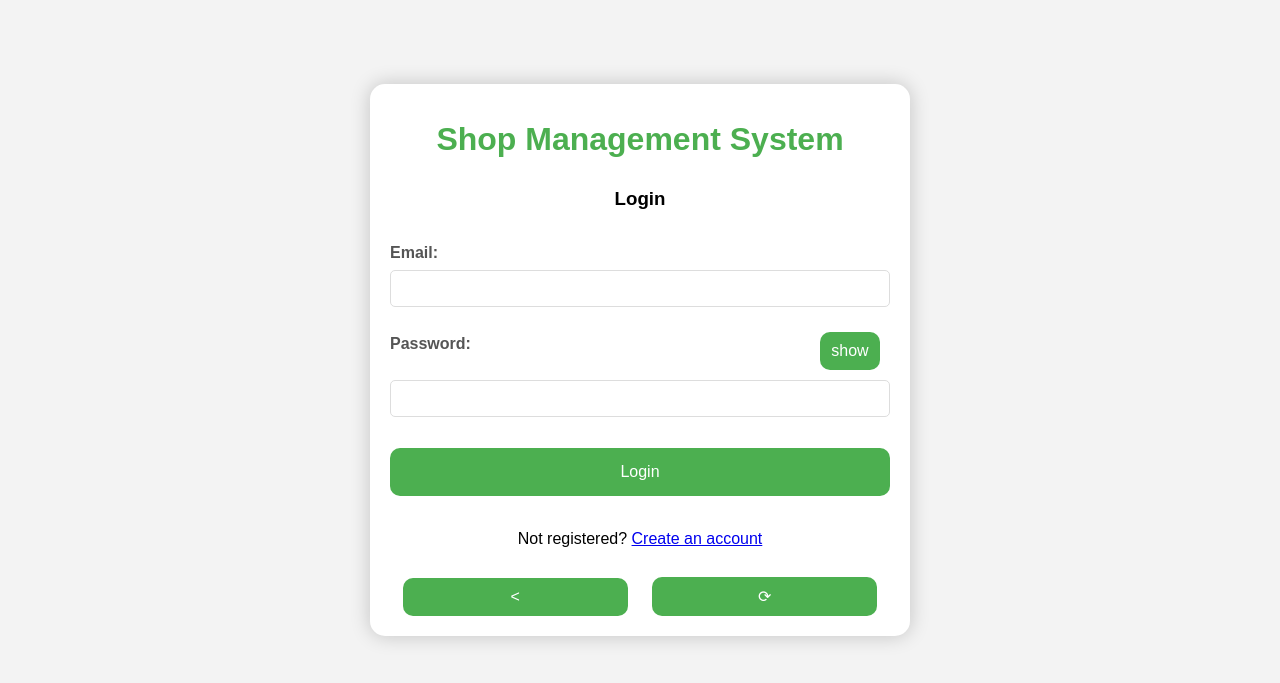
Repository: shamchiwade/GroceryNow
Page: http://localhost/ShopManagement/login.jsp
The author's editor kept a copy of each file at every save. The page is drawn from the files as they stood at one save, then again after the next save.
The browser window is 1280 px wide. The pictures show the whole page.
The page is served by Tomcat 10. Nobody is signed in. The application's start-up code is not run. Other server files are loaded and not shown.

Above is the page before, as saved 2024-10-09 22:57:58.

### ShopManagement/src/main/webapp/login.jsp
<html>
<head>
<title>Shop Management System - Login</title>
<style type="text/css">
@charset "UTF-8";

body {
	display: flex;
	align-items: center;
	justify-content: center;
	font-family: sans-serif;
	line-height: 1.5;
	min-height: 100vh;
	background: #f3f3f3;
	flex-direction: column;
	margin: 0;
}

.main {
	background-color: #fff;
	border-radius: 15px;
	box-shadow: 0 0 20px rgba(0, 0, 0, 0.2);
	padding: 10px 20px;
	transition: transform 0.2s;
	width: 500px;
	text-align: center;
}

h1 {
	color: #4CAF50;
	text-align: center;
}

label {
	display: block;
	width: 80%;
	margin-top: 10px;
	margin-bottom: 5px;
	text-align: left;
	color: #555;
	font-weight: bold;
	float: left;
}

input {
	display: block;
	width: 100%;
	margin-bottom: 15px;
	padding: 10px;
	box-sizing: border-box;
	border: 1px solid #ddd;
	border-radius: 5px;
}

button {
	padding: 15px;
	border-radius: 10px;
	margin-top: 15px;
	margin-bottom: 15px;
	border: none;
	color: white;
	cursor: pointer;
	background-color: #4CAF50;
	width: 100%;
	font-size: 16px;
}

.wrap {
	display: flex;
	justify-content: center;
	align-items: center;
}

.options {
	display: flex;
	justify-content: space-between;
	margin-top: 20px;
}

.btn {
	padding: 10px 20px;
	border-radius: 10px;
	border: none;
	color: white;
	cursor: pointer;
	background-color: #4CAF50;
	width: 45%;
	font-size: 16px;
	margin: 10px;
}

.btn:hover {
	background-color: #3e8e41;
}

.pass {
	width: 60px;
	text-align: center;
	padding: 10px;
	margin: 10px;
	float: right;
}
</style>
</head>
<body>
	<div class="main">
		<h1>Shop Management System</h1>
		<h3>Login</h3>
		<form action="login" method="post">
			<label for="email">Email:</label> <input type="email" id="email"
				name="em" required> <label for="password">Password:</label>
			<button class="pass" id="pass1"
				onclick="showPass('password','pass1')" type="button">show</button>
			<input type="password" id="password" name="ps" required>
			<p style="color: red;">${error}</p>
			<button type="submit">Login</button>
		</form>
		<p>
			Not registered? <a href="register.jsp">Create an account</a>
		</p>
		<button class="btn" onclick="location.href='index.jsp'"><%="<"%></button>
		<button class="btn" onclick="location.href='login.jsp'">&#10227;</button>
	</div>

	<script type="text/javascript">
		function showPass(id1, id2) {
			var x = document.getElementById(id1);
			if (x.type === "password") {
				x.type = "text";
				document.getElementById(id2).innerHTML = 'hide';
			} else {
				x.type = "password";
				document.getElementById(id2).innerHTML = 'show';
			}
		}
	</script>
</body>
</html>

After the next save:
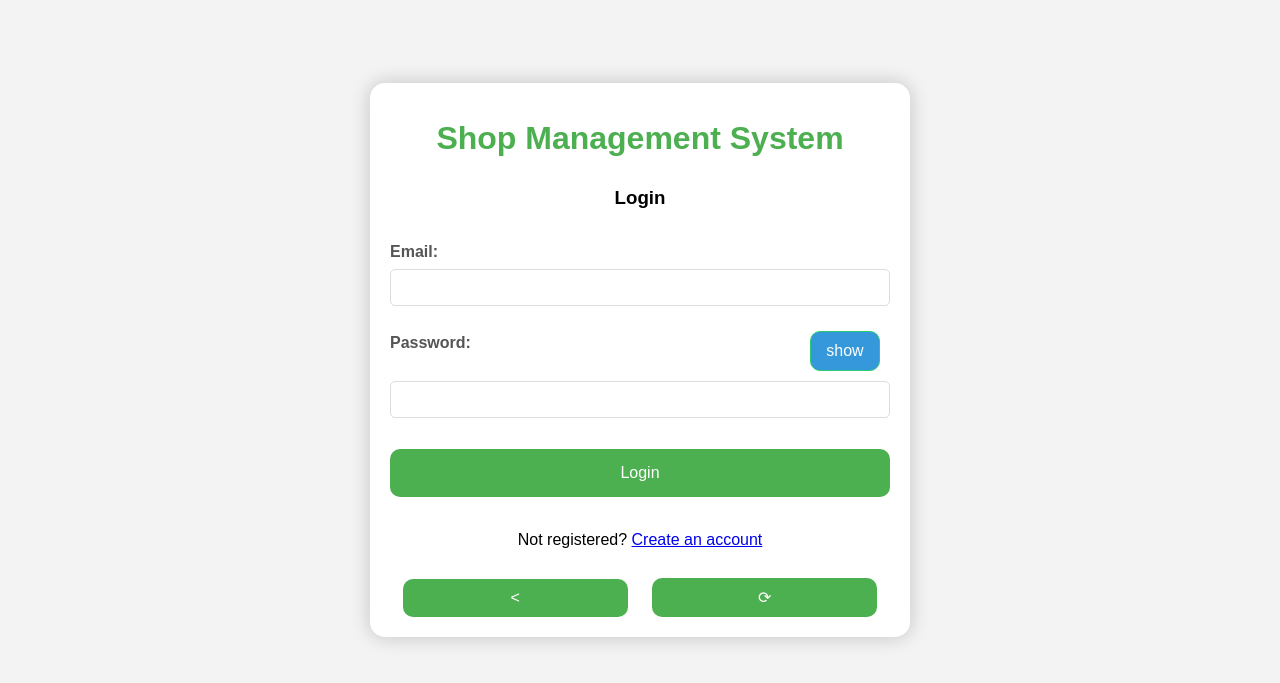
Saved 42 s later.
--- a/ShopManagement/src/main/webapp/login.jsp
+++ b/ShopManagement/src/main/webapp/login.jsp
@@ -94,11 +94,23 @@ button {
 }
 
 .pass {
-	width: 60px;
+	width: 70px;
 	text-align: center;
+	color: #ffffff;
+	background-color : #3498db;
 	padding: 10px;
 	margin: 10px;
 	float: right;
+	background-color: #3498db;
+	border: 1px solid #2ecc71;
+}
+
+.pass:hover {
+	background-color: #2ecc71;
+}
+
+.pass:focus {
+	outline: none;
 }
 </style>
 </head>
